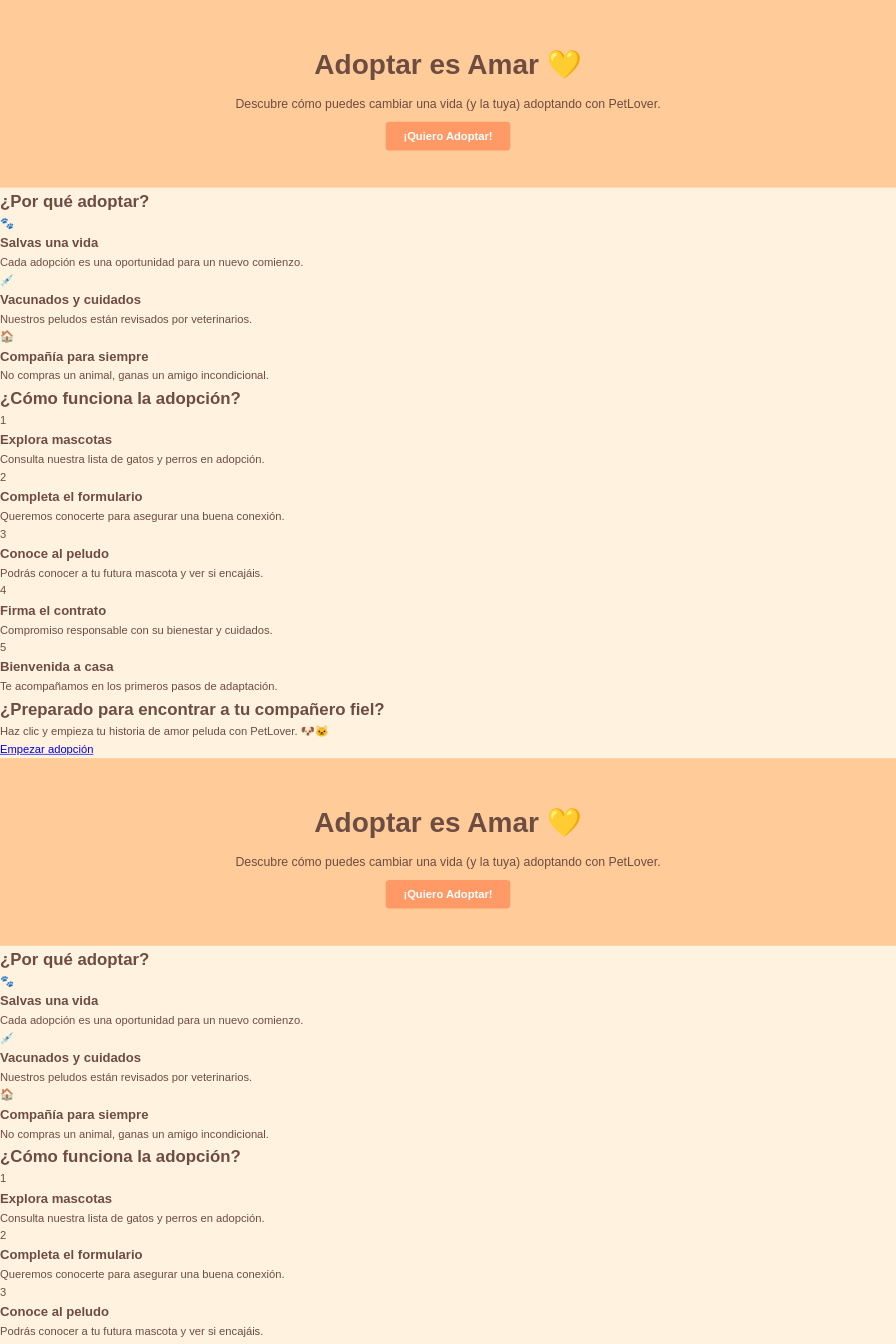
Repository: adriarodrisan/PetLover
Page: Paginas_web/Como_Adoptar.html
The author's editor kept a copy of each file at every save. The page is drawn from the files as they stood at one save, then again after the next save.
The browser window is 1280 px wide. The pictures show the part of the page from y = 0 to 1920 px (the page is 3249 px tall before and 3768 px after), at 70% of full size.

Above is the page before, as saved 2025-05-07 14:13:55.

After the next save:
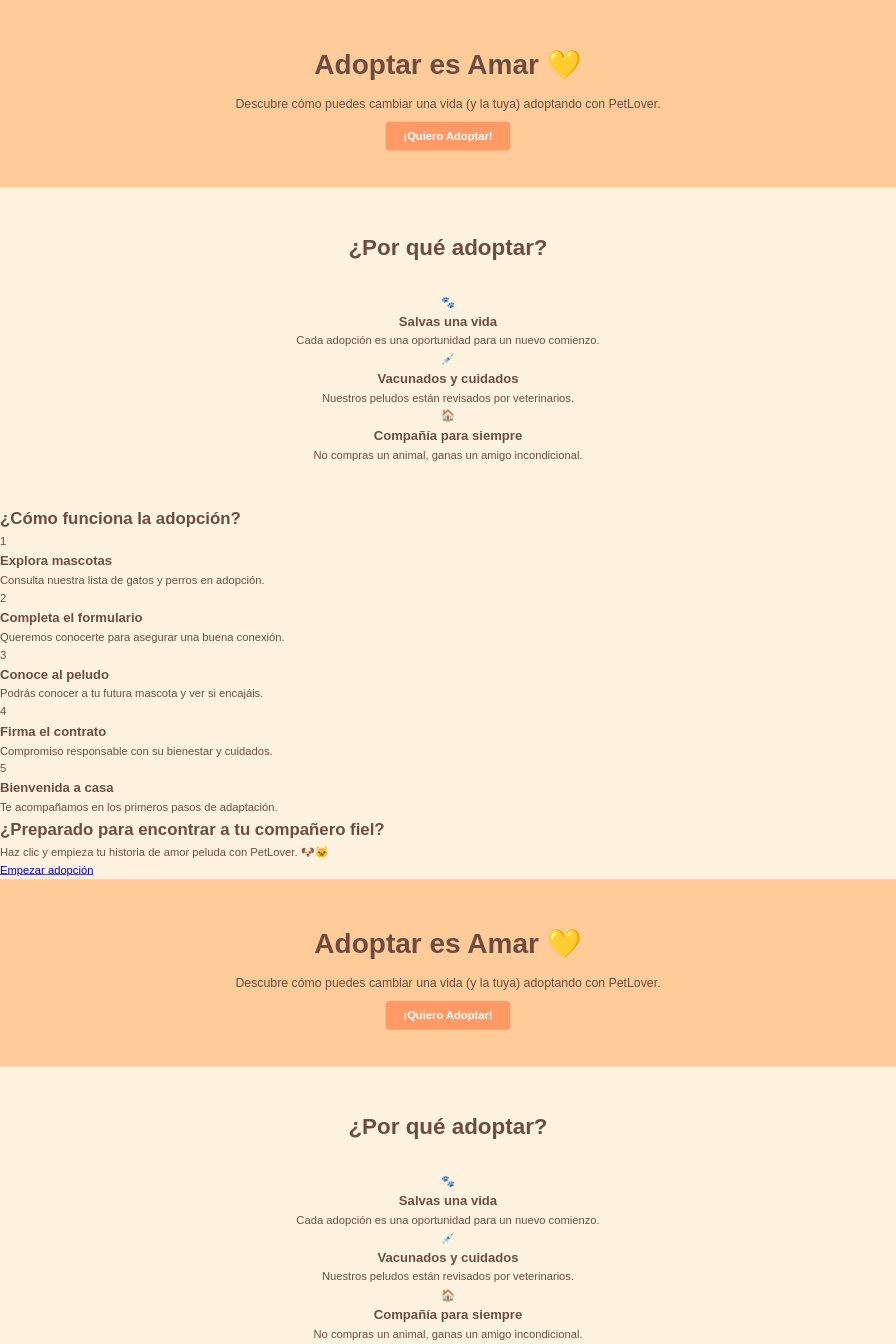
Saved 4 min 24 s later.
--- a/Paginas_web/Css_Paginas/Como_Adoptar.css
+++ b/Paginas_web/Css_Paginas/Como_Adoptar.css
@@ -1,3 +1,51 @@
+* {
+    margin: 0;
+    padding: 0;
+    box-sizing: border-box;
+  }
+  body {
+    font-family: 'Arial', sans-serif;
+    background-color: #fff3e0;
+    color: #6d4c41;
+    line-height: 1.6;
+  }
+  .hero-adopcion {
+    background-color: #ffcc99;
+    padding: 60px 20px;
+    text-align: center;
+  }
+  .contenedor-hero h1 {
+    font-size: 2.5rem;
+    margin-bottom: 10px;
+  }
+
+  .contenedor-hero p {
+    font-size: 1.1rem;
+    margin-bottom: 20px;
+  }
+  .btn-hero {
+    background-color: #ff9966;
+    color: white;
+    padding: 12px 25px;
+    border-radius: 5px;
+    text-decoration: none;
+    font-weight: bold;
+    transition: background 0.3s;
+  }
+
+  .btn-hero:hover {
+    background-color: #ff7043;
+  }
+  .bloques-beneficios {
+    padding: 60px 30px;
+    text-align: center;
+    background-color: #fff3e0;
+  }
+
+  .bloques-beneficios h2 {
+    font-size: 2rem;
+    margin-bottom: 40px;
+  }
 * {
     margin: 0;
     padding: 0;
